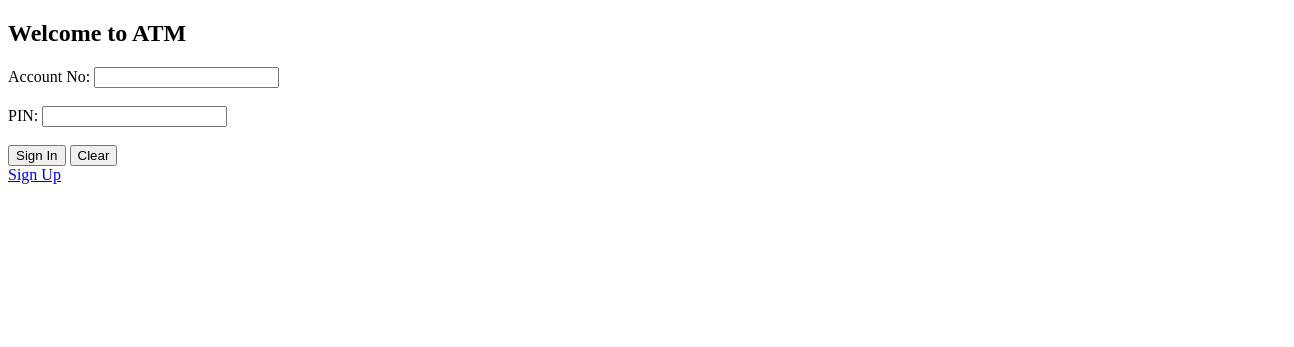
Repository: gauravraj08/bankingSystemJspServlet
Page: http://localhost/BankMangementSystem/login.jsp
These files come from the project's save history. The page is drawn as it stood at one moment and after the next save; the edit follows.
The browser window is 1280 px wide. The page is 1280 px wide, then 1294 px, so the pictures cover 1294 px, including what lies to the right of the window. The pictures show the whole page.
The page is served by Tomcat 9. Other server files are loaded and not shown.

Above is the page before, as saved 2024-04-19 06:05:10.

### BankMangementSystem/src/main/webapp/login.jsp
<%@ page language="java" contentType="text/html; charset=UTF-8" pageEncoding="UTF-8"%>
<!DOCTYPE html>
<html lang="en">
<head>
    <meta charset="UTF-8">
    <meta name="viewport" content="width=device-width, initial-scale=1.0">
    <title>Login - Bank Management System</title>
    <style>
        /* CSS styles for the login page */
        /* Define your styles here */
    </style>
</head>
<body>
    <h2>Welcome to ATM</h2>
    <form action="LoginServlet" method="post">
        <label for="cardno">Account No:</label>
        <input type="text" id="cardno" name="cardno" required><br><br>

        <label for="pin">PIN:</label>
        <input type="password" id="pin" name="pin" required><br><br>

        <button type="submit">Sign In</button>
        <button type="reset">Clear</button>
    </form>
    <a href="AdminPage.jsp">Sign Up</a>
</body>
</html>

After the next save:
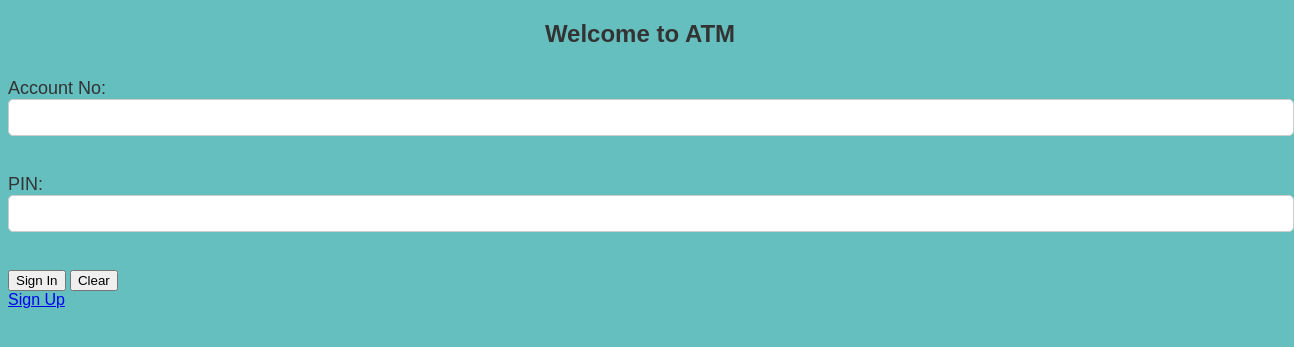
Saved 2 min 14 s later.
--- a/BankMangementSystem/src/main/webapp/login.jsp
+++ b/BankMangementSystem/src/main/webapp/login.jsp
@@ -6,8 +6,59 @@
     <meta name="viewport" content="width=device-width, initial-scale=1.0">
     <title>Login - Bank Management System</title>
     <style>
-        /* CSS styles for the login page */
-        /* Define your styles here */
+        body {
+            background-color: #65BFBF;
+            font-family: Arial, sans-serif;
+        }
+
+        .container {
+            width: 400px;
+            margin: 0 auto;
+            padding: 20px;
+            background-color: #fff;
+            border-radius: 10px;
+            box-shadow: 0 0 10px rgba(0, 0, 0, 0.1);
+            margin-top: 100px;
+        }
+
+        h2 {
+            text-align: center;
+            margin-bottom: 30px;
+            color: #333;
+        }
+
+        label {
+            font-size: 18px;
+            color: #333;
+        }
+
+        input[type="text"], input[type="password"] {
+            width: 100%;
+            padding: 10px;
+            margin-bottom: 20px;
+            border: 1px solid #ccc;
+            border-radius: 5px;
+        }
+
+        input[type="submit"] {
+            width: 100%;
+            padding: 10px;
+            border: none;
+            border-radius: 5px;
+            background-color: #65BFBF;
+            color: #fff;
+            font-size: 18px;
+            cursor: pointer;
+        }
+
+        input[type="submit"]:hover {
+            background-color: #4D9F9F;
+        }
+
+        .error-message {
+            color: red;
+            margin-bottom: 10px;
+        }
     </style>
 </head>
 <body>
